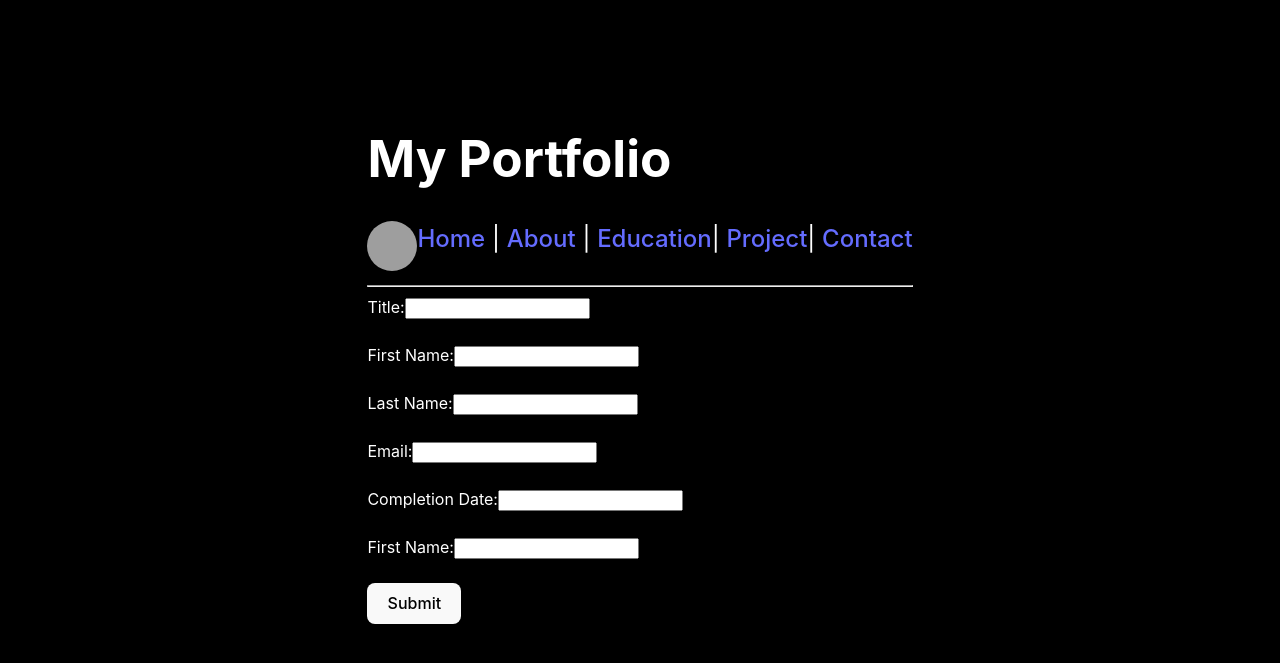
Repository: aislandmin/Personal-Portfolio-Express-MongoDB
Page: /project (app in client/)
These files come from the project's save history. The page is drawn as it stood at one moment and after the next save; the edit follows.
The browser window is 1280 px wide. The pictures show the whole page.
Pictures or frames that could not be fetched are drawn as grey boxes. The project was rebuilt for these pictures with package versions that can differ from the ones it lists, and the page was loaded fresh each time. Also part of the build but not shown: client/vite.config.js, client/components/Home.jsx, client/src/about.css, client/src/about.jsx, client/contact/api-contact.js, client/src/contact.jsx, client/qualification/api-qualification.js, client/src/education.jsx.

Above is the page before, as saved 2024-10-12 00:54:18.

After the next save:
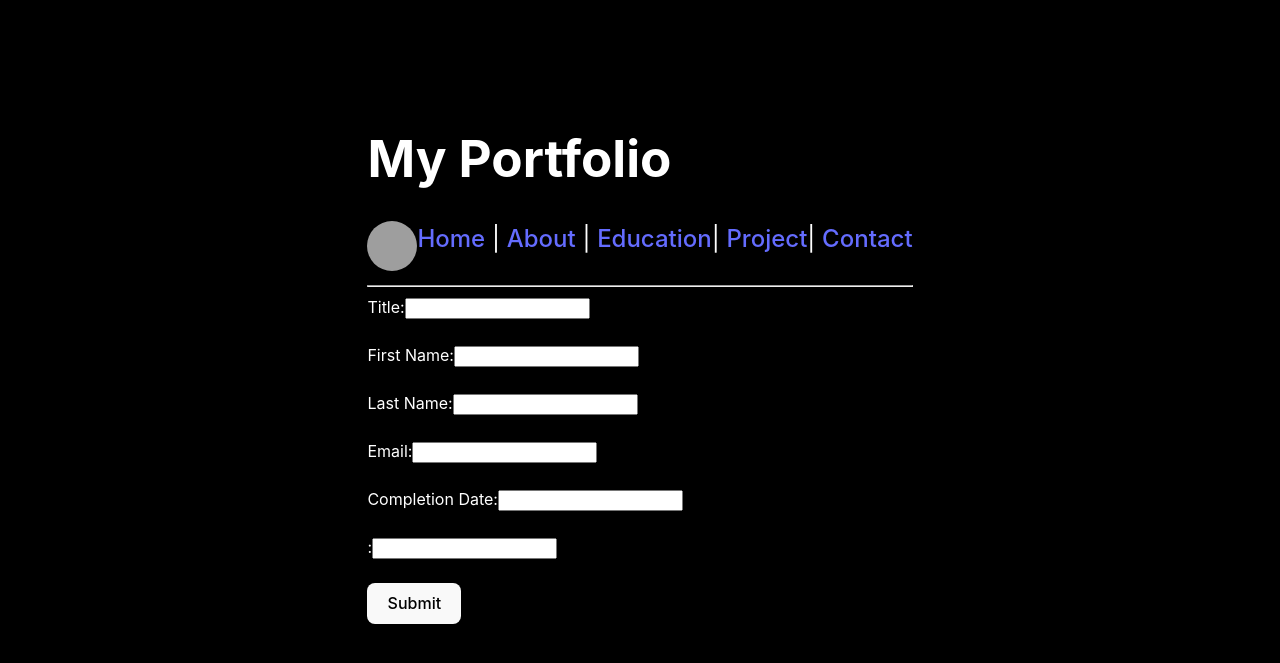
Saved 6 s later.
--- a/client/src/project.jsx
+++ b/client/src/project.jsx
@@ -157,7 +157,7 @@ export default function Project() {
           <br /><br />
 
     {/* Description */}
-    <label htmlFor="description">First Name:</label>
+    <label htmlFor="description">:</label>
           <input
             {...register("firstname", { required: "First name is required" })}
             value={values.firstname} onChange={handleChange('firstname')}
